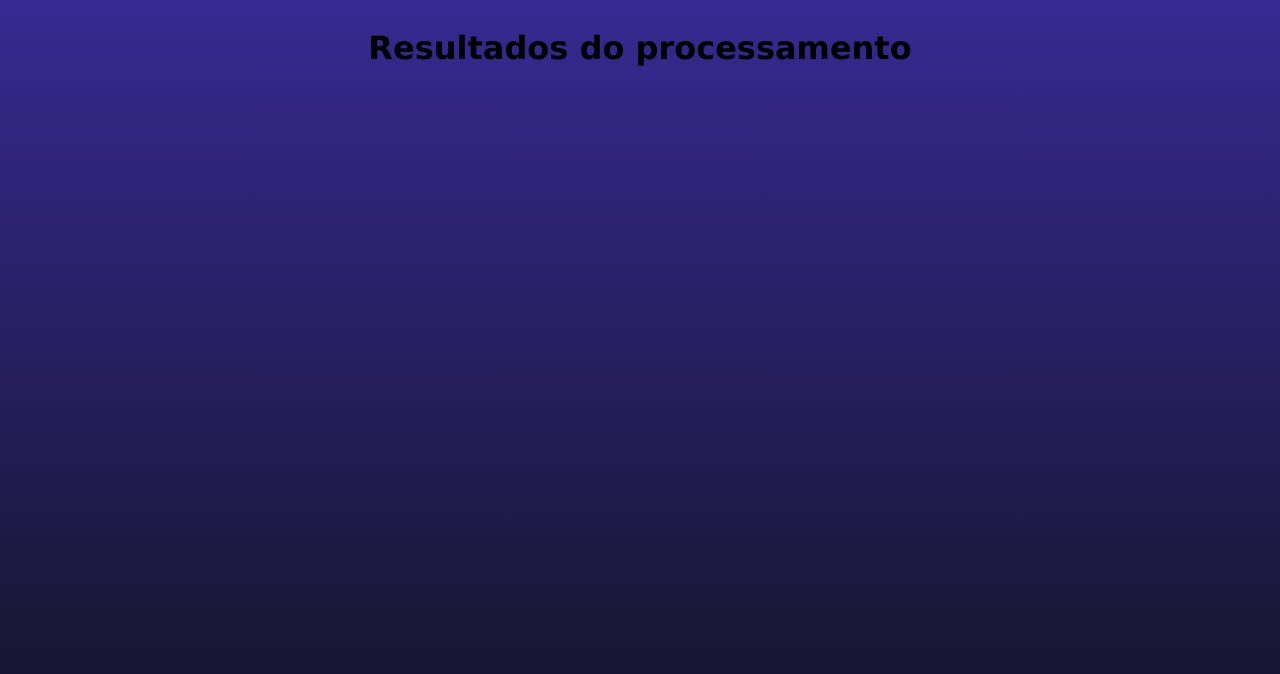
Repository: lcampagnaro/cursophp
Page: http://localhost/ex_form_php/cad.php
These files come from the project's save history. The page is drawn as it stood at one moment and after a run of saves; the edit follows.
The browser window is 1280 px wide. The pictures show the whole page.
The page is run by PHP 8.4 with error messages shown; the project is at /var/www/html/.

Above is the page before, as saved 2023-08-29 14:09:18.

### ex_form_php/cad.php
<!DOCTYPE html>
<html lang="pt-br">
<head>
    <meta charset="UTF-8">
    <meta name="viewport" content="width=device-width, initial-scale=1.0">
    <title>Resultado</title>
    <link rel="stylesheet" href="style.css">
</head>
<body>
    <header></header><h1>Resultados do processamento</h1>


</body>
</html>

### ex_form_php/style.css
@charset "UTF-8";

* {
    font-family: Verdana, Geneva, Tahoma, sans-serif;
    box-sizing: border-box;
}

/* ELEMENTOS DA INTERFACE */

body {
    background-color: #15142b;
    background-image: linear-gradient(180deg, #372991, #15142b);
    background-repeat: no-repeat;
    background-position: center center;
    background-size: cover;
    background-attachment: fixed;

    display: flex;
    flex-direction: column;
    flex-wrap: nowrap;
    justify-content: center;
    align-items: center;
}

header, main, section, article {
    max-width: 700px;
}

header > h1 {
    color: white;
    text-shadow: 3px 3px 0px black;
}

main, section, article {
    background-color: white;
    padding: 15px;
    margin-bottom: 20px;
    border-radius: 10px;
    box-shadow: 0px 0px 20px rgba(0, 0, 0, 0.502);
}

footer {
    display: block;
    width: 100vw;
    background-color: #291f6c;
    color: white;
    text-align: center;
    margin-top: auto;
    padding: 5px;
}

p {
    text-align: justify;
    line-height: 1.5em;
}

h2, h3, h4 {
    color: #372991;
    margin: 0 0 10px 0;
}

a {
    color: #15142b;
    background-color: rgba(55, 41, 145, 0.1);
    padding: 0 3px;
    font-weight: 600;
    text-decoration: none;
    border-bottom: .5px dotted #372991;
}

a:hover {
    color: #372991;
    border-bottom: 1px solid #372991;
}

/* TABELAS E LISTAS */

table {
    min-width: 400px;
    border-spacing: 0px;
    border: 0.5px solid #372991;
    margin: 10px auto;
}

table th {
    background-color: #372991;
    color: white;
    padding: 5px;
    text-align: left;
}

table td {
    padding: 5px;
}

table tr {
    background-color: rgba(55, 41, 145, 0.05);
}

table tr:nth-child(odd) {
    background-color: rgba(55, 41, 145, 0.3);
}

table.divisao {
    border: 1px solid white;
}

table.divisao td {
    background-color: white;
    padding: 20px;
    text-align: center;
    font-size: 2.5em;
}

table.divisao  tr:nth-child(1) td:nth-child(2) {
    border-bottom: 3px solid black;
    border-left: 3px solid black;
}

table.divisao tr:nth-child(2) td:nth-child(2) {
    border-left: 3px solid black;
}

table.divisao tr:nth-child(2) td:nth-child(1) {
    text-decoration: underline;
}

ul > li::marker {
    color: #372991;
}

/* ELEMENTOS DE FORMULÁRIO */

form {
    background-color: rgba(55, 41, 145, 0.2);
    padding: 15px;
    border-radius: 10px;
}

form label {
    display: block;
    width: fit-content;
    font-size: 0.8em;
    font-weight: 100;
    background-color: rgba(55, 41, 145, 0.2);
    padding: 3px 7px;
    margin-top: 10px;
    margin-bottom: 0px;
    border-radius: 5px;
}

input[type=text], [type=number], select, input[type=date], input[type=date], input[type=datetime], input[type=email], input[type=month], input[type=password], input[type=range], input[type=tel], input[type=time], input[type=week] {
    width: 100%;
    padding: 12px 20px;
    font-size: 1em;
    margin: 8px 0;
    display: inline-block;
    border: 1px solid #ccc;
    border-radius: 4px;
    box-sizing: border-box;
}

input[type=submit] {
    width: 100%;
    background-color: #4CAF50;
    font-size: 1em;
    color: white;
    padding: 10px 20px;
    margin: 5px 0;
    border: none;
    border-radius: 4px;
    cursor: pointer;
}

input[type=submit]:hover {
    background-color: #45a049;
}

input[type=reset] {
    width: 100%;
    background-color: #eb9903;
    font-size: 1em;
    color: white;
    padding: 10px 20px;
    margin: 5px 0;
    border: none;
    border-radius: 4px;
    cursor: pointer;
}

input[type=reset]:hover {
    background-color: #c27013;
}

input[type=button], button {
    width: 100%;
    background-color: #372991;
    font-size: 1em;
    color: white;
    padding: 10px 20px;
    margin: 5px 0;
    border: none;
    border-radius: 4px;
    cursor: pointer;
}

input[type=button]:hover, button:hover {
    background-color: #291f6c;
}

fieldset {
    border: 0.5px dotted #372991;
}

fieldset > legend {
    font-size: 0.8em;
    font-weight: 100;
    background-color: rgba(55, 41, 145, 0.2);
    padding: 3px 7px;
    border-radius: 5px;
}

input[type=radio] + label, input[type=checkbox] + label {
    display: inline-block;
    font-size: 1em;
    background-color: rgba(0, 0, 0, 0);
}

After the next 3 saves:
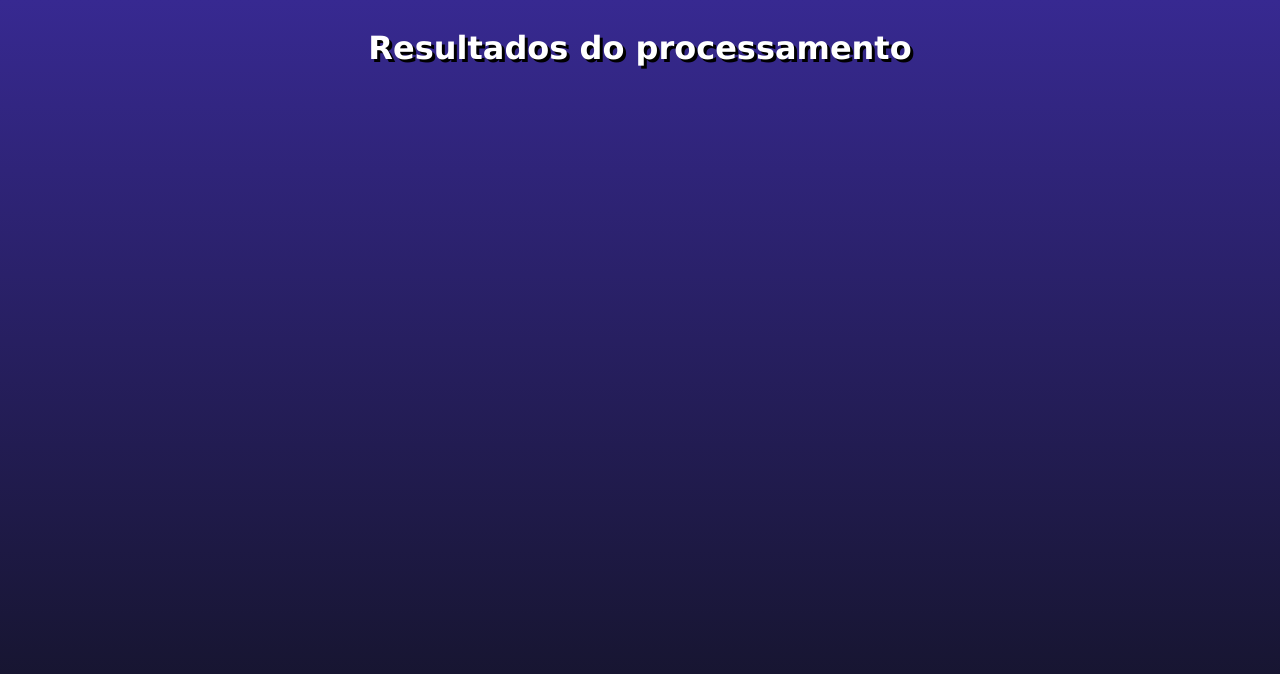
The 3 saves are shown as one change because they came seconds apart.
The last was saved 9 s later.
--- a/ex_form_php/cad.php
+++ b/ex_form_php/cad.php
@@ -7,7 +7,8 @@
     <link rel="stylesheet" href="style.css">
 </head>
 <body>
-    <header></header><h1>Resultados do processamento</h1>
+    <header><h1>Resultados do processamento</h1></header>
+
 
 
 </body>
